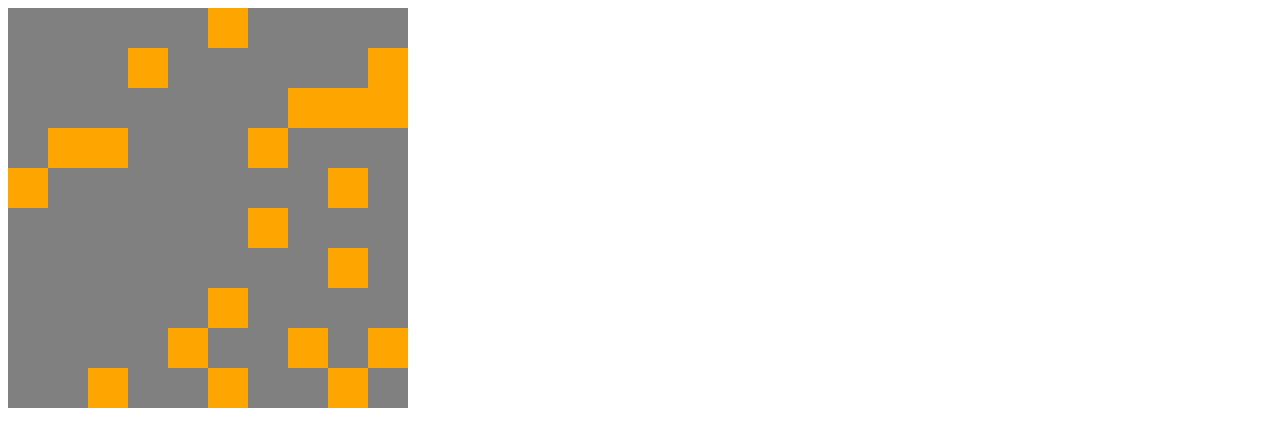
Repository: evemcd/udemy_javascript
Page: complete-javascript-course-master/02-Fundamentals-Part-2/starter/minesweeper/index.html
An editor plug-in stored every save of this project. The page is shown before and after the next save, followed by the edit.
The browser window is 1280 px wide. The pictures show the whole page.

Above is the page before, as saved 2022-04-25 11:31:55.

After the next save:
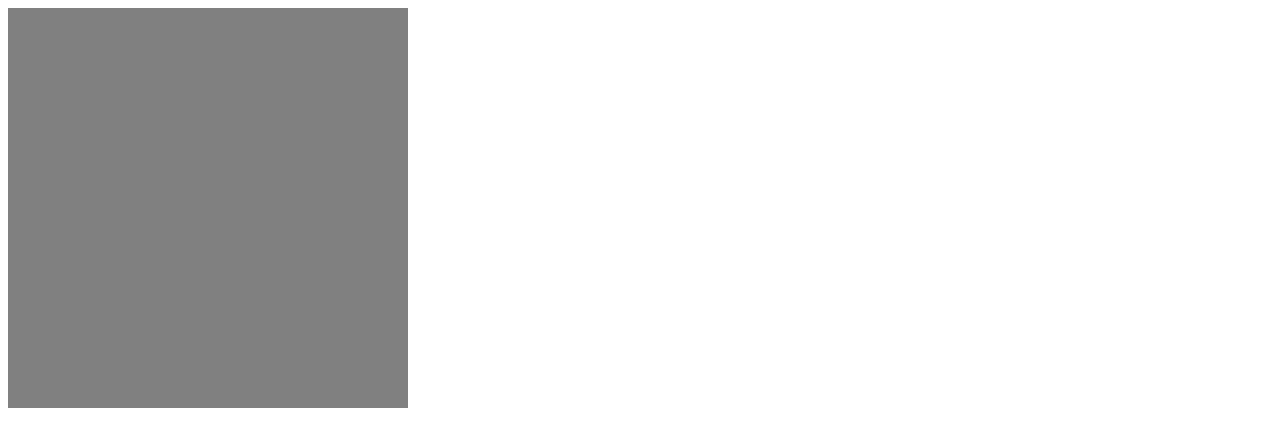
Console error: SyntaxError: Unexpected token ')'
Saved 16 s later.
--- a/complete-javascript-course-master/02-Fundamentals-Part-2/starter/minesweeper/script.js
+++ b/complete-javascript-course-master/02-Fundamentals-Part-2/starter/minesweeper/script.js
@@ -51,7 +51,7 @@
     //click on square actions
     function click(square) {
         if (isGameOver) return;
-        if (square.classList.contains('checked')) return;
+        if (square.classList.contains('checked') || ) return;
         if (square.classList.contains('bomb')) {
             console.log('Game over');
         } else {

After the save that followed:
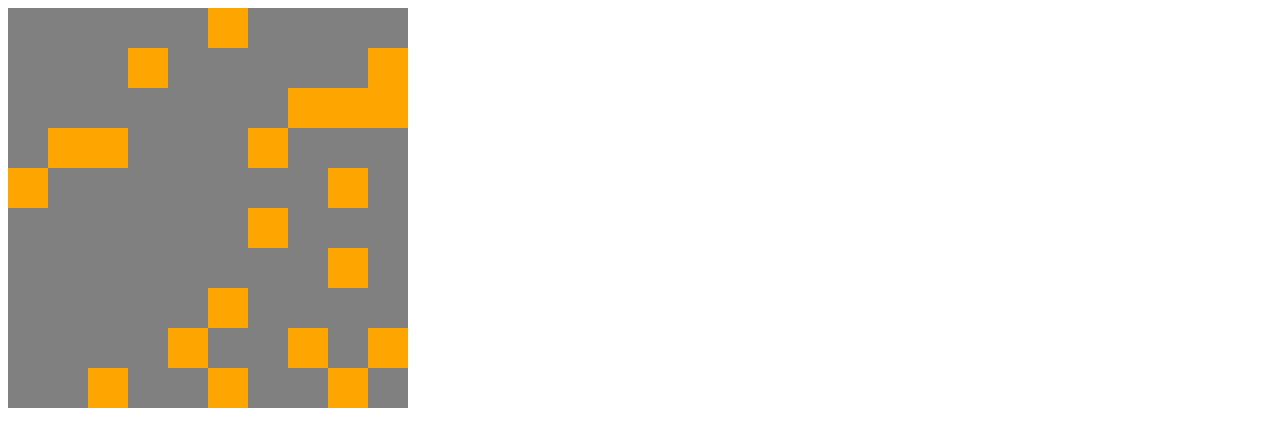
The error is gone.
Saved 20 s later.
--- a/complete-javascript-course-master/02-Fundamentals-Part-2/starter/minesweeper/script.js
+++ b/complete-javascript-course-master/02-Fundamentals-Part-2/starter/minesweeper/script.js
@@ -51,7 +51,7 @@
     //click on square actions
     function click(square) {
         if (isGameOver) return;
-        if (square.classList.contains('checked') || ) return;
+        if (square.classList.contains('checked') || square.classList.contains('flag')) return;
         if (square.classList.contains('bomb')) {
             console.log('Game over');
         } else {
